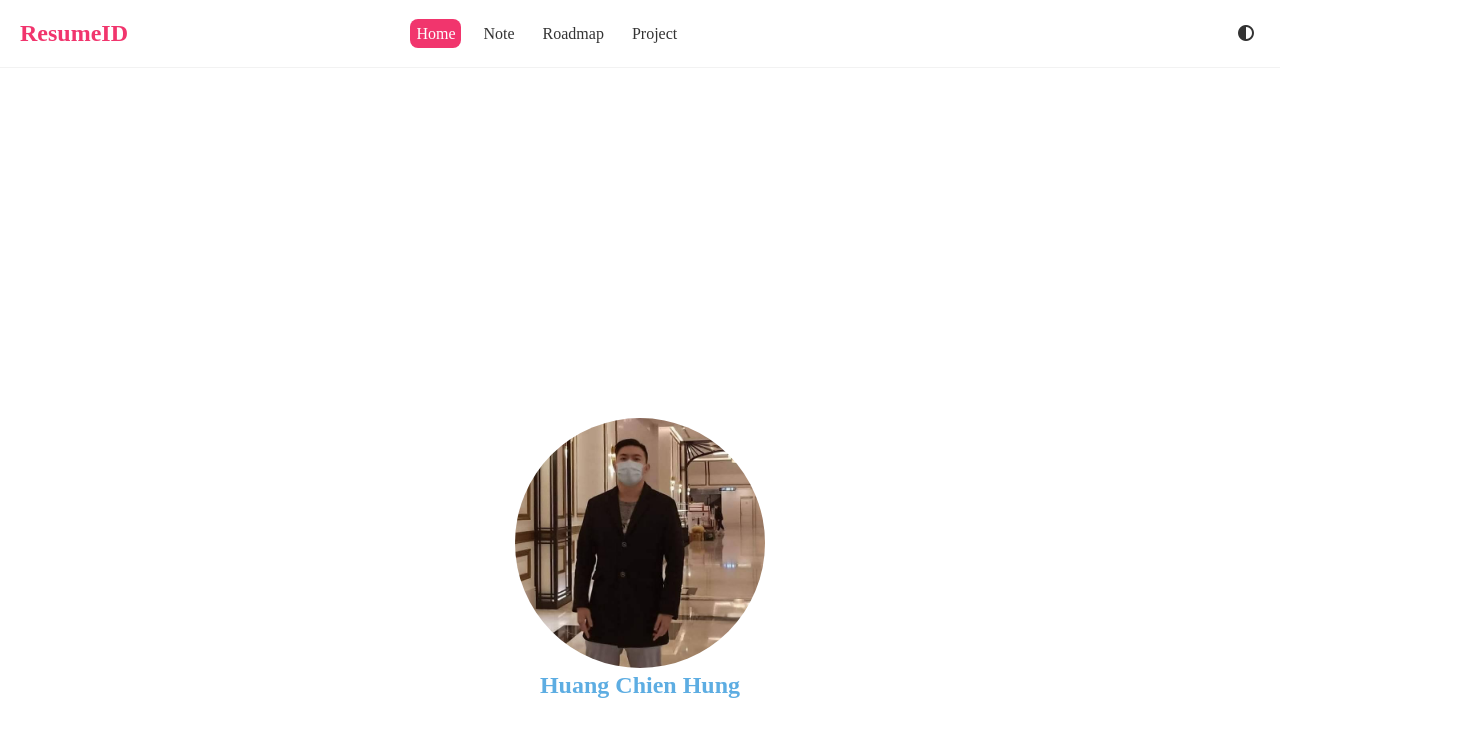
Repository: leo-play-code/ResumeID
Page: /
An editor plug-in stored every save of this project. The page is shown before and after a run of saves, followed by the edit.
The browser window is 1280 px wide. The page is 1280 px wide, then 1460 px, so the pictures cover 1460 px, including what lies to the right of the window. The pictures show the whole page.
Some web libraries are served in a nearby version. The project was rebuilt for these pictures with package versions that can differ from the ones it lists, and the page was loaded fresh each time. Also part of the build but not shown: src/Note/Note.js, src/Roadmap/Roadmap.js, src/Project/Project.js.

Above is the page before, as saved 2022-10-18 14:12:04.

After the next 5 saves:
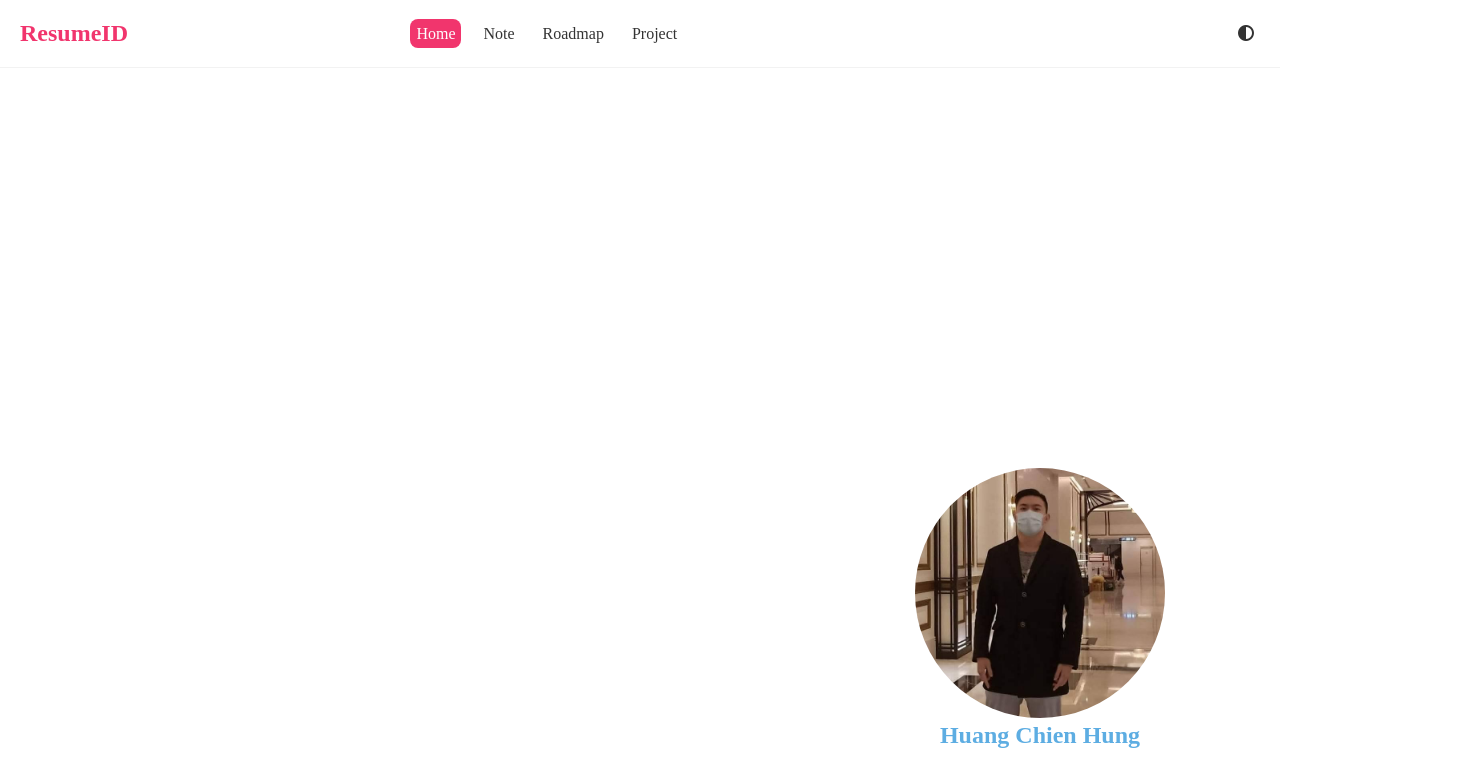
The 5 saves are shown as one change because they came seconds apart.
The last was saved 16 s later.
--- a/src/Home/Home.js
+++ b/src/Home/Home.js
@@ -5,15 +5,16 @@ function Home(){
     return(
         <div className="Home">
             <div className='profile-container'>
+                <div className="introduction-container">
 
+                </div>
+                <div className="profile-container">
+                    <img src={pic} alt="" />
+                    <h2 className='MainName'>Huang Chien Hung</h2>
+                </div>
             </div>
-            <div className="introduction-container">
 
-            </div>
-            <div className="profile-container">
-                <img src={pic} alt="" />
-                <h2 className='MainName'>Huang Chien Hung</h2>
-            </div>
+
         </div>
     )
 }
